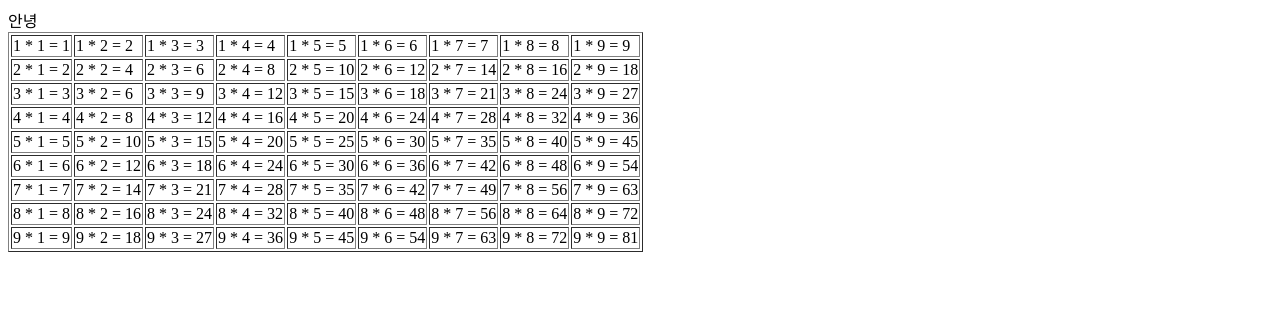
Repository: Rccn3202/Springboot_study_pack
Page: http://localhost/web/
These files come from the project's save history. The page is drawn as it stood at one moment and after the next save; the edit follows.
The browser window is 1280 px wide. The pictures show the whole page.
The page is served by Tomcat 9.

Above is the page before, as saved 2023-05-03 02:48:52.

After the next save:
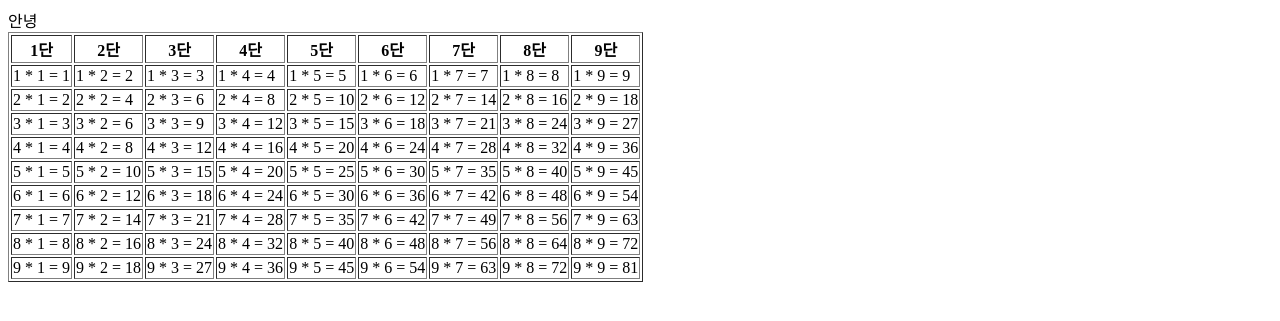
Saved 3 min 5 s later.
--- a/web/src/main/webapp/index.jsp
+++ b/web/src/main/webapp/index.jsp
@@ -9,13 +9,17 @@
 <body>
 	안녕
 <table border="1">
+<tr>
+<% for(int i=1;i<=9;i++){%>
+<th><%=i %>단</th>
+<%} %>
+</tr>
 	<%
 	for(int i=1 ; i<=9 ; i++) {
 		out.println("<tr>");
-				//out.println(i+"단");
-				//out.println( "</th>");
+
 				for(int j=1 ; j<=9 ; j++) {
-					//out.println("<tr>");
+
 					out.println("<td>"+i+" * "+j+" = "+i*j+"</td>");
 
 				}
